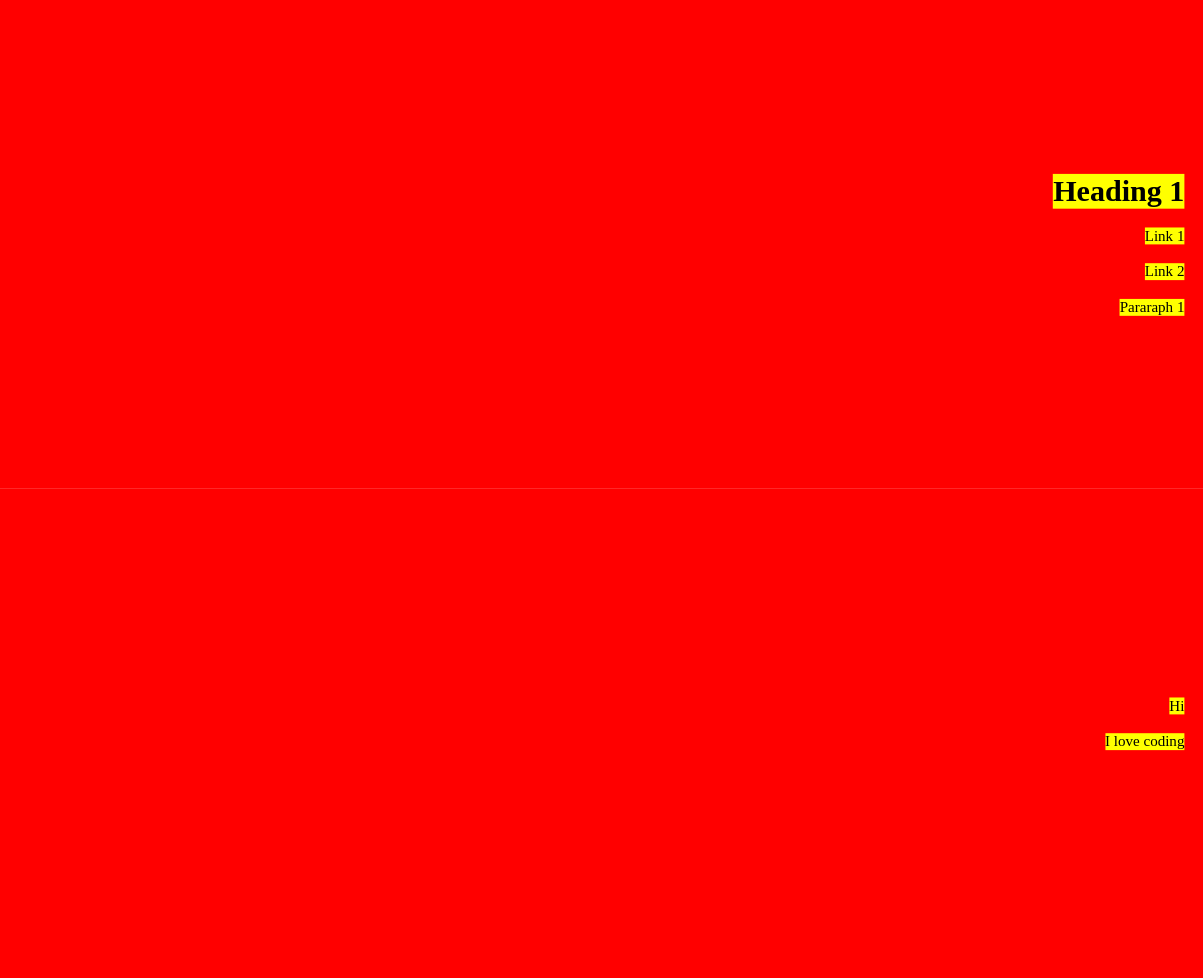
Repository: itz-mohanmadhav-18/Full-stack
Page: Html+css/day-3/flexbox.html
An editor plug-in stored every save of this project. The page is shown before and after the next save, followed by the edit.
The browser window is 1280 px wide. The pictures show the whole page, at 94% of full size.

Above is the page before, as saved 2024-06-14 12:51:44.

### Html+css/day-3/flexbox.html
<!DOCTYPE html>
<html lang="en">
  <head>
    <meta charset="UTF-8" />
    <meta name="viewport" content="width=device-width, initial-scale=1.0" />
    <link rel="stylesheet" href="./flexbox.css" />
    <title>Document</title>
  </head>
  <body>
    <div>
      <h1>Heading 1</h1>
      <a>Link 1</a>
      <a>Link 2</a>
      <p>Pararaph 1</p>
    </div>
    <div>
        <p>Hi</p>
        <p>I love coding</p>
        <p></p>
    </div>
  </body>
</html>

### Html+css/day-3/flexbox.css
*{
    padding: 0;
    margin: 0;
    background: white;
}
div{
    background: red;
    padding: 10px;
    height: 500px;
    display: flex;
    flex-direction: column;
    align-items: flex-end;
    justify-content: center;
}

div > * {
    background: yellow;
    margin: 10px;
}

After the next save:
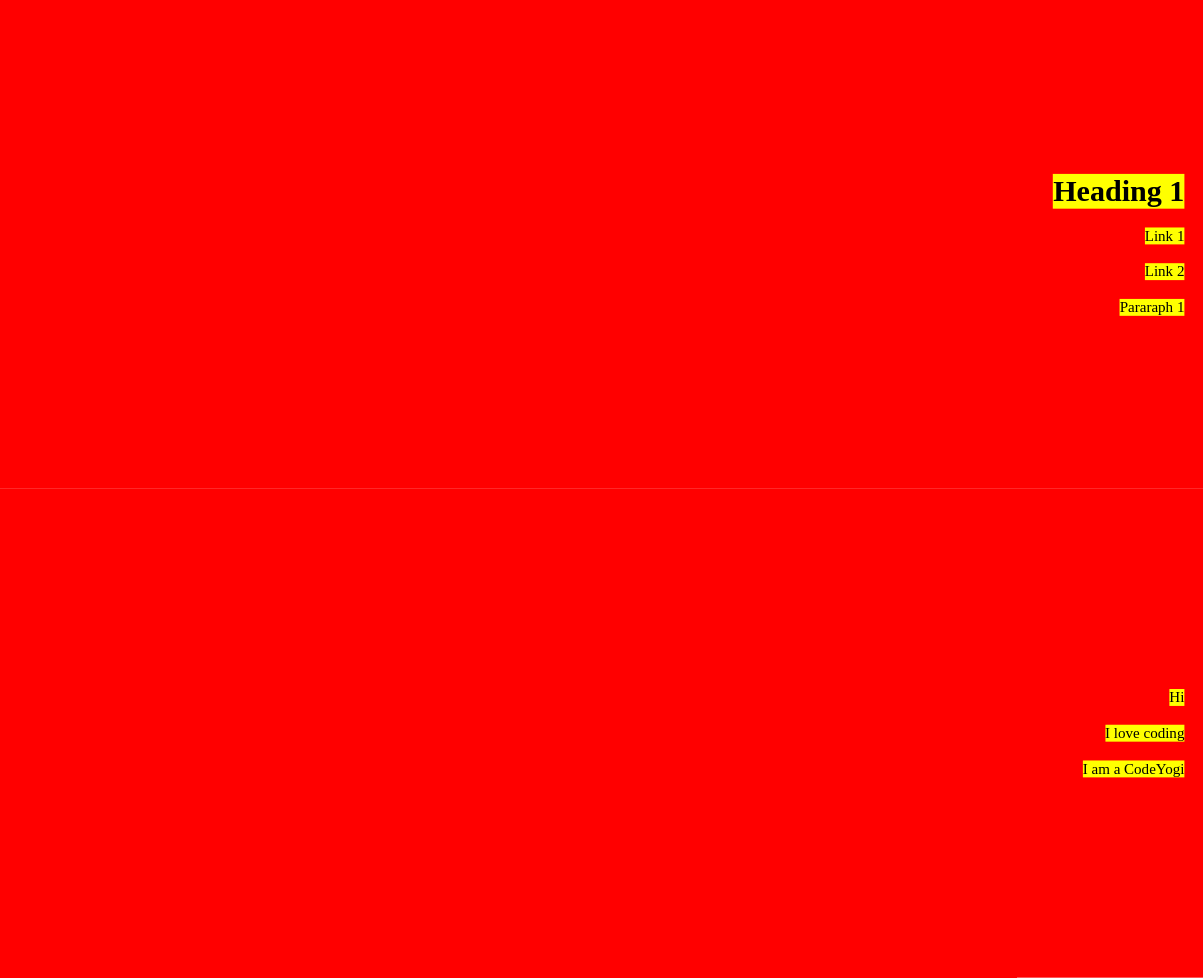
Saved 16 s later.
--- a/Html+css/day-3/flexbox.html
+++ b/Html+css/day-3/flexbox.html
@@ -16,7 +16,7 @@
     <div>
         <p>Hi</p>
         <p>I love coding</p>
-        <p></p>
+        <p>I am a CodeYogi</p>
     </div>
   </body>
 </html>
